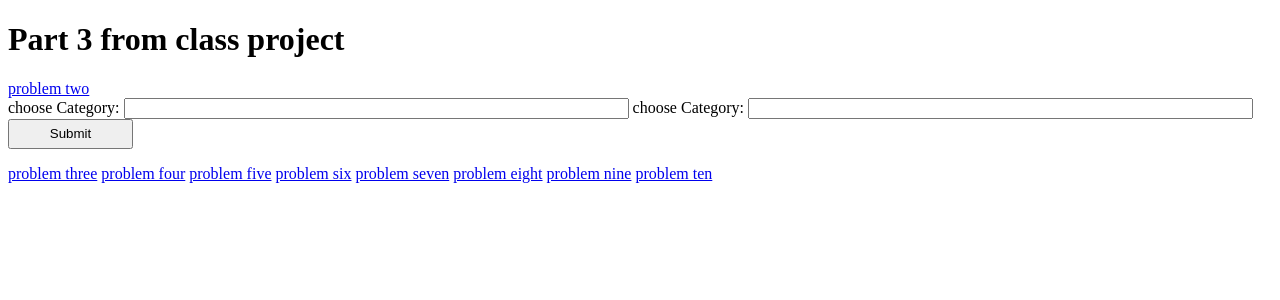
Repository: HamdanM/DatabaseProject
Page: http://localhost/DB3/root.jsp
An editor plug-in stored every save of this project. The page is shown before and after the next save, followed by the edit.
The browser window is 1280 px wide. The pictures show the whole page.
The page is served by Tomcat 9. Nobody is signed in. The application's start-up code is not run. Other server files are loaded and not shown.

Above is the page before, as saved 2019-07-27 21:44:13.

### DB3/WebContent/root.jsp
<%@ page language="java" contentType="text/html; charset=UTF-8"
    pageEncoding="UTF-8"%>
<!DOCTYPE html>
<html>
<head>
<meta charset="UTF-8">
<title>Online Store</title>
</head>
<body>

<h1>Part 3 from class project</h1>
<a href="problemtwo">problem two</a>
<form action="problemtwo" method="post">
        <input type="hidden" name="action"" >
        <label>choose Category: <input
                    type="text" name="cat1"
                    size="60" maxlength="70" />
        <label>choose Category: <input
                    type="text" name="cat2"
                    size="60" maxlength="70" />
          <input style="height:30px;width:125px" type="submit" name="submit" value="Submit" />

            </label></p>
 </form>

<a href="problemthree">problem three</a>
<a href="problemfour">problem four</a>
<a href="problemfive">problem five</a>
<a href="problemsix"> problem six</a>
<a href="problemseven">problem seven</a>
<a href="problemeight">problem eight</a>
<a href="problemnine">problem nine</a>
<a href="problemten">problem ten</a>

</body>
</html>

After the next save:
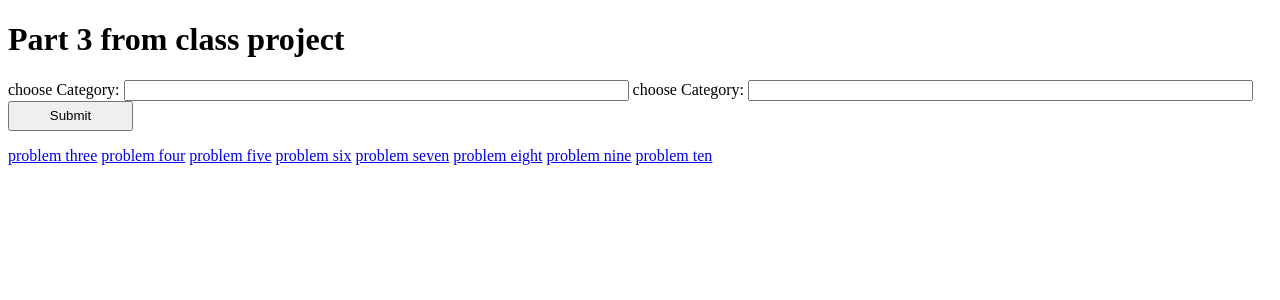
Saved 14 s later.
--- a/DB3/WebContent/root.jsp
+++ b/DB3/WebContent/root.jsp
@@ -9,7 +9,6 @@
 <body>
 
 <h1>Part 3 from class project</h1>
-<a href="problemtwo">problem two</a>
 <form action="problemtwo" method="post">
         <input type="hidden" name="action"" >
         <label>choose Category: <input
